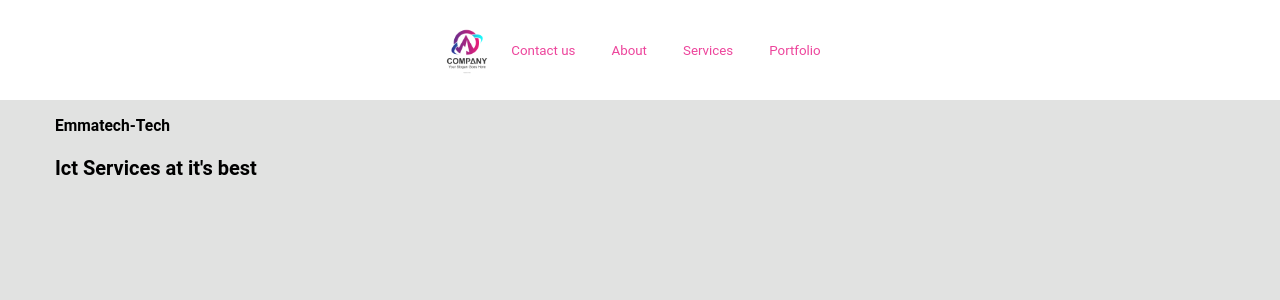
Repository: wisdomspine/emmatech-website
Page: index.html
An editor plug-in stored every save of this project. The page is shown before and after the next save, followed by the edit.
The browser window is 1280 px wide. The pictures show the whole page.

Above is the page before, as saved 2020-09-28 13:12:58.

After the next save:
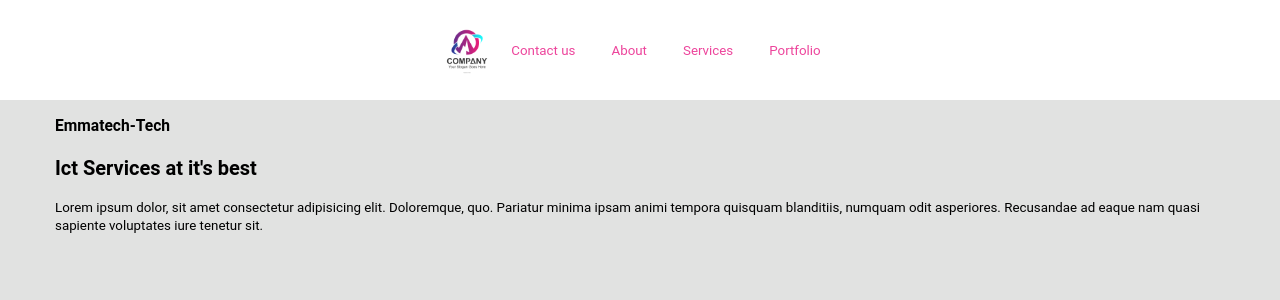
Saved 8 s later.
--- a/index.html
+++ b/index.html
@@ -39,6 +39,11 @@
                         <h1>Emmatech-Tech</h1>
                         <h2>Ict Services at it's best</h2>
                     </header>
+                    <p>
+                        Lorem ipsum dolor, sit amet consectetur adipisicing elit. Doloremque, quo. Pariatur minima ipsam
+                        animi tempora quisquam blanditiis, numquam odit asperiores. Recusandae ad eaque nam quasi
+                        sapiente voluptates iure tenetur sit.
+                    </p>
                 </article>
             </div>
         </div>
